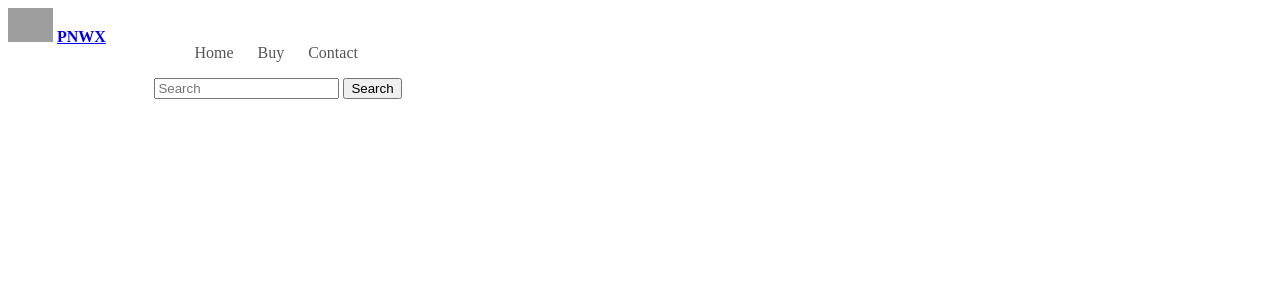
Repository: meiming24/meiming24.github.io
Page: index.html
The author's editor kept a copy of each file at every save. The page is drawn from the files as they stood at one save, then again after a run of saves.
The browser window is 1280 px wide. The pictures show the whole page.
Pictures or frames that could not be fetched are drawn as grey boxes.

Above is the page before, as saved 2022-05-09 17:05:54.

### index.html
<!DOCTYPE html>
<html lang="en">
<head>
    <meta charset="UTF-8">
    <meta http-equiv="X-UA-Compatible" content="IE=edge">
    <meta name="viewport" content="width=device-width, initial-scale=1.0">
    <title>Pacific Northwest X-Ray</title>
    <link rel="stylesheet" href="index.css" />
</head>
<body>
    <div class="container">

        <div class="logo">
            <img src="https://i.postimg.cc/hG3zmBz9/xray.png" alt="logo">
            <a href="#">PNWX</a>

        </div>

        <div class="nav-bar">
            <nav>
                <ul>
                    <li>
                        <a href="#">Home</a>
                    </li>

                    <li>
                        <a href="#">Buy</a>
                    </li>

                    <li>
                        <a href="#">Contact</a>
                    </li>

                    <li>

                    </li>

                </ul>

                <form class="d-flex">
                    <input type="search" placeholder="Search"/>
                    <button type="submit">Search</button>
                </form>
            </nav>



        </div>



    </div>

    <div class="content">

        <div class="item">

        </div>

        <div class="item">

        </div>

        <div class="item">

        </div>

    </div>
</body>
</html>

### index.css
.container {
    display: flex;
    flex-flow: row wrap;
}

.container > * {
    padding: 0px;
    margin: 0PX;
    box-sizing: border-box;
}

.logo {
    flex-basis: 10%;
    font-weight: 600;
    text-decoration: none;
}

.logo > img {
    width: 45px;
}

.nav-bar {
    display: flex;
    align-items: center;
    padding: 20px;
}

.nav-bar > nav {
    flex: 100%;
    text-align: left;
}

.nav-bar > nav ul {
    display: inline-block;
    list-style-type: none;
}

.nav-bar > nav ul li{
    display: inline-block;
    margin-right: 20px;
}

.nav-bar > nav ul li a{
    text-decoration: none;
    color: #555;
    border-bottom-style: none;
}

After the next 3 saves:
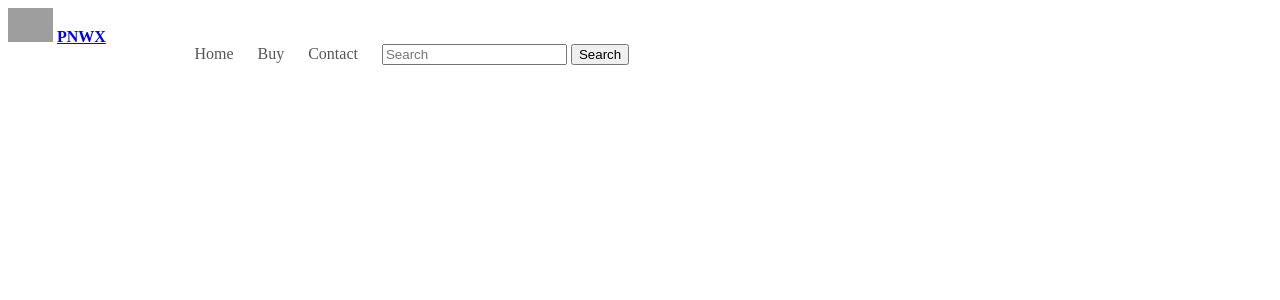
The 3 saves are shown as one change because they came seconds apart.
The last was saved 9 s later.
--- a/index.html
+++ b/index.html
@@ -32,15 +32,15 @@
                     </li>
 
                     <li>
-
+                        <form class="d-flex">
+                            <input type="search" placeholder="Search"/>
+                            <button type="submit">Search</button>
+                        </form>
                     </li>
 
                 </ul>
 
-                <form class="d-flex">
-                    <input type="search" placeholder="Search"/>
-                    <button type="submit">Search</button>
-                </form>
+
             </nav>
 
 
